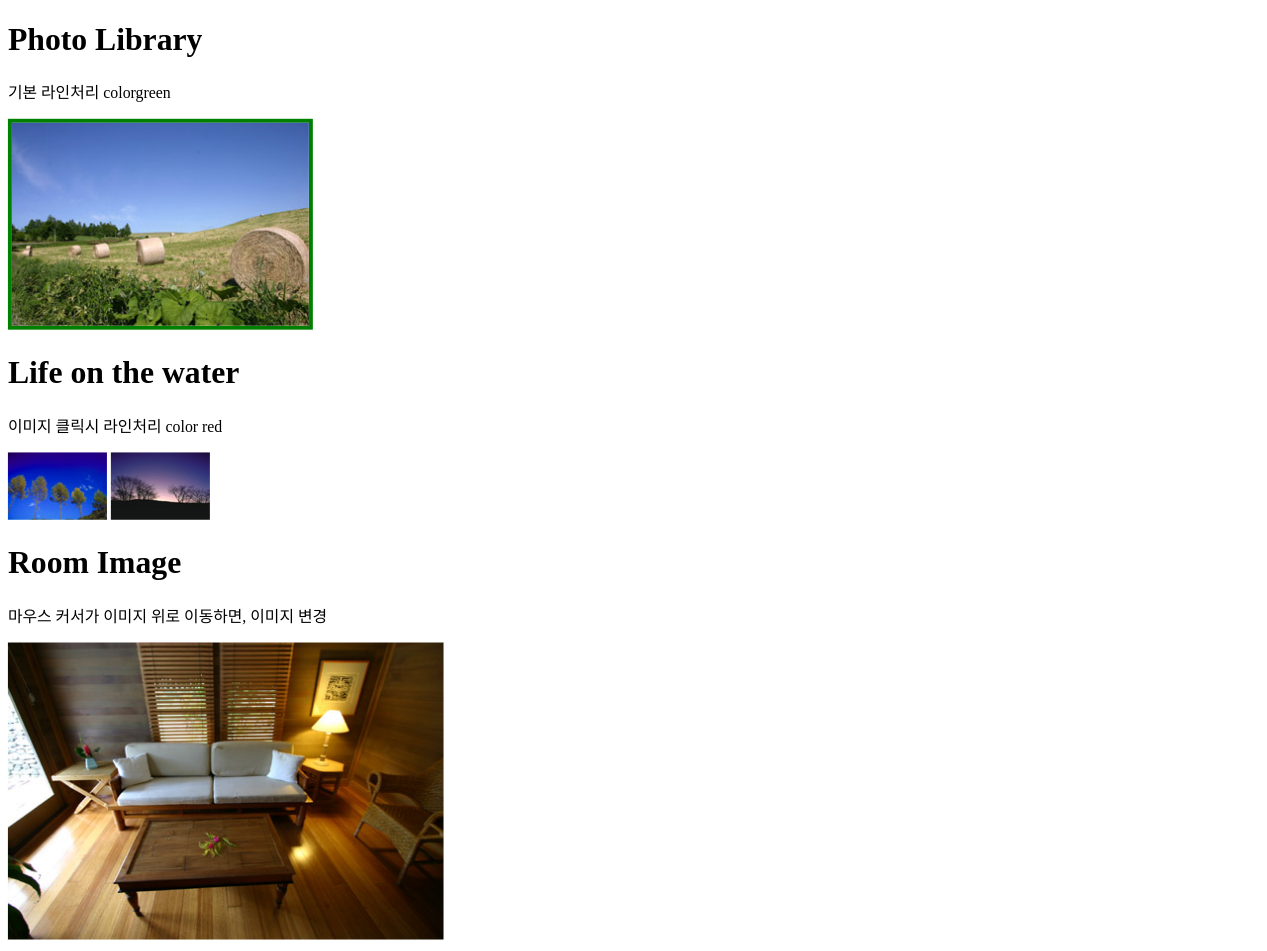
Repository: suhong99/JqueryLecture
Page: JqueryPractice/src/main/webapp/question1.html
An editor plug-in stored every save of this project. The page is shown before and after the next save, followed by the edit.
The browser window is 1280 px wide. The pictures show the whole page, at 99% of full size.

Above is the page before, as saved 2023-06-26 05:33:30.

### JqueryPractice/src/main/webapp/question1.html
<!DOCTYPE html>
<html>
<head>
<meta charset="UTF-8">
<title>Insert title here</title>
  <script src="https://code.jquery.com/jquery-3.6.4.min.js"></script>

</head>
<body>
<div style="margin: 0 auto">
<h1>Photo Library</h1>
<p>기본 라인처리 colorgreen</p>
<img src="./images/p01.jpg" style="border:4px solid green">
<h1>Life on the water</h1>
<p>이미지 클릭시 라인처리 color red</p>
<img src="./images/photo1.jpg" class="clickImg" >
<img src="./images/photo2.jpg" class="clickImg" >

<h1>Room Image</h1>
<p>마우스 커서가 이미지 위로 이동하면, 이미지 변경</p>
<img src="./images/b_pic2.jpg" id="bigPic2" >

</div>
<script type="text/javascript">
$(document).ready(function(){
	$(".clickImg").click(function(){
		$(this).css("border","4px solid red");
	});

	$("#bigPic2").hover(function(){
		$(this).attr("src","./images/b_pic1.jpg");
	});




});
</script>
</body>
</html>

After the next save:
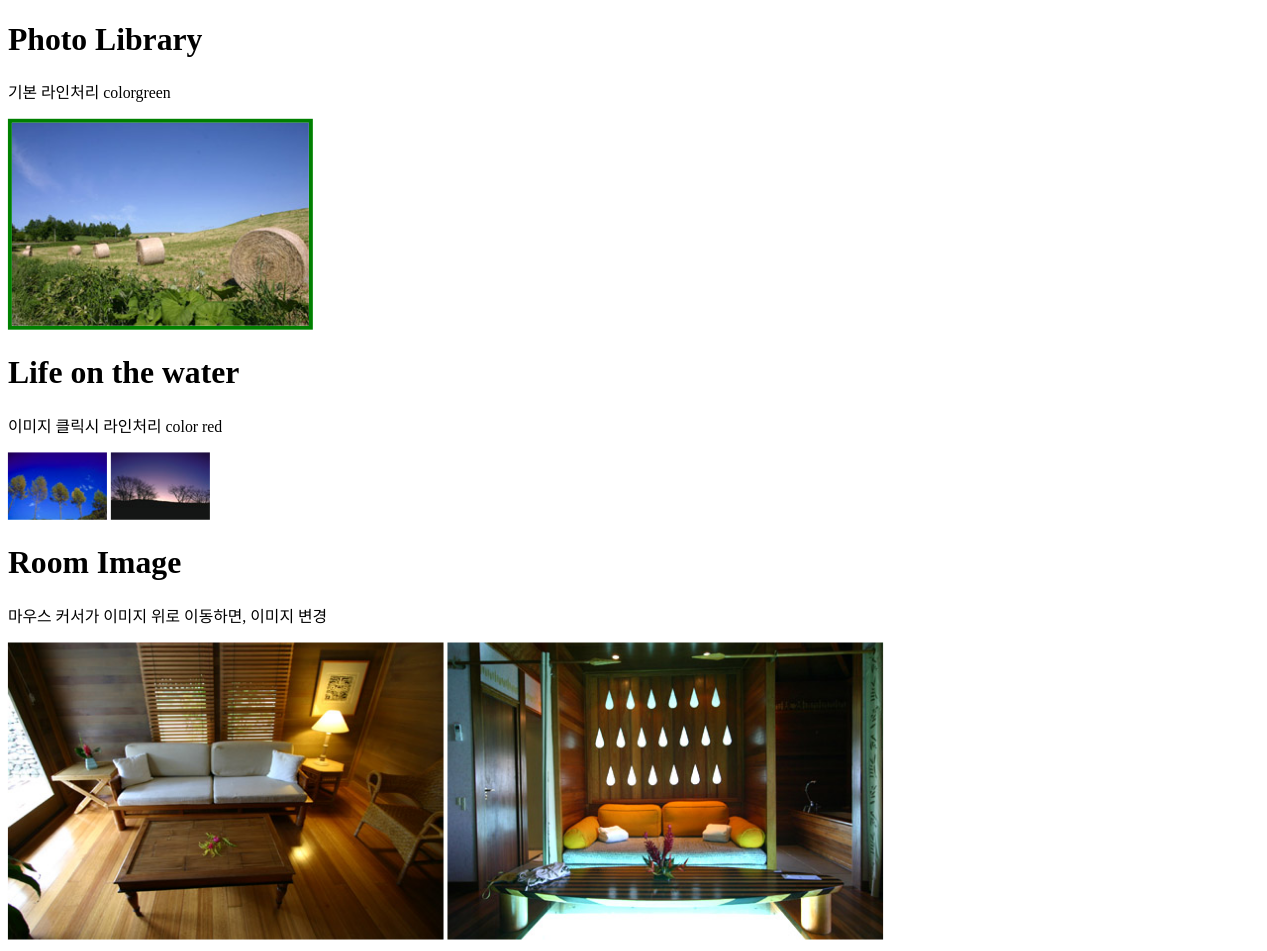
Saved 42 s later.
--- a/JqueryPractice/src/main/webapp/question1.html
+++ b/JqueryPractice/src/main/webapp/question1.html
@@ -19,6 +19,7 @@
 <h1>Room Image</h1>
 <p>마우스 커서가 이미지 위로 이동하면, 이미지 변경</p>
 <img src="./images/b_pic2.jpg" id="bigPic2" >
+<img src="./images/b_pic1.jpg" id="bigPic2" >
 
 </div>
 <script type="text/javascript">

After the 3 saves that followed:
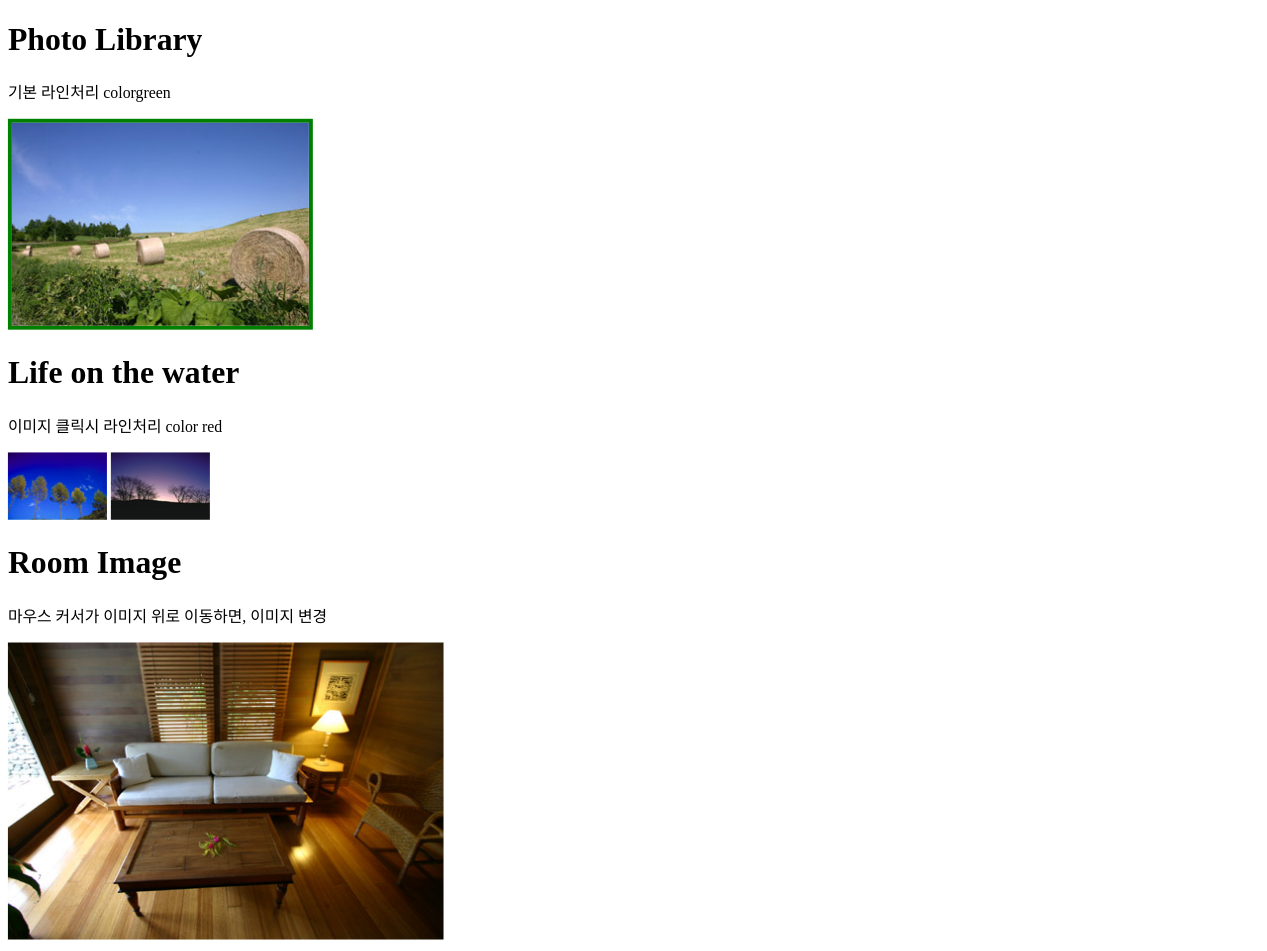
The 3 saves are shown as one change because 1 left the picture as it was and some came seconds apart.
The last was saved 25 s later.
--- a/JqueryPractice/src/main/webapp/question1.html
+++ b/JqueryPractice/src/main/webapp/question1.html
@@ -18,9 +18,7 @@
 
 <h1>Room Image</h1>
 <p>마우스 커서가 이미지 위로 이동하면, 이미지 변경</p>
-<img src="./images/b_pic2.jpg" id="bigPic2" >
-<img src="./images/b_pic1.jpg" id="bigPic2" >
-
+	<img src="./images/b_pic2.jpg" id="bigPic2" >
 </div>
 <script type="text/javascript">
 $(document).ready(function(){
